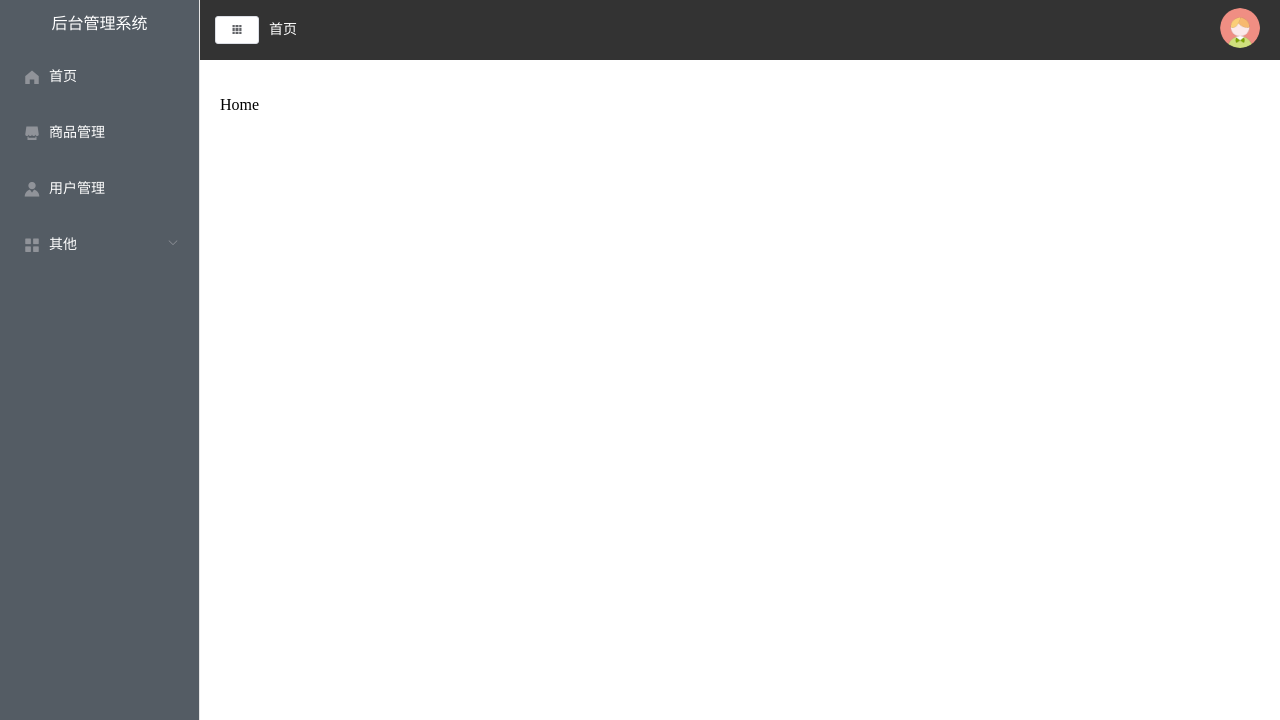
Repository: tkqi/manage
Page: /
An editor plug-in stored every save of this project. The page is shown before and after the next save, followed by the edit.
The browser window is 1280 px wide. The pictures show the whole page.
The project was rebuilt for these pictures with package versions that can differ from the ones it lists, and the page was loaded fresh each time. Also part of the build but not shown: vue.config.js.

Above is the page before, as saved 2023-12-01 17:03:05.

After the next save:
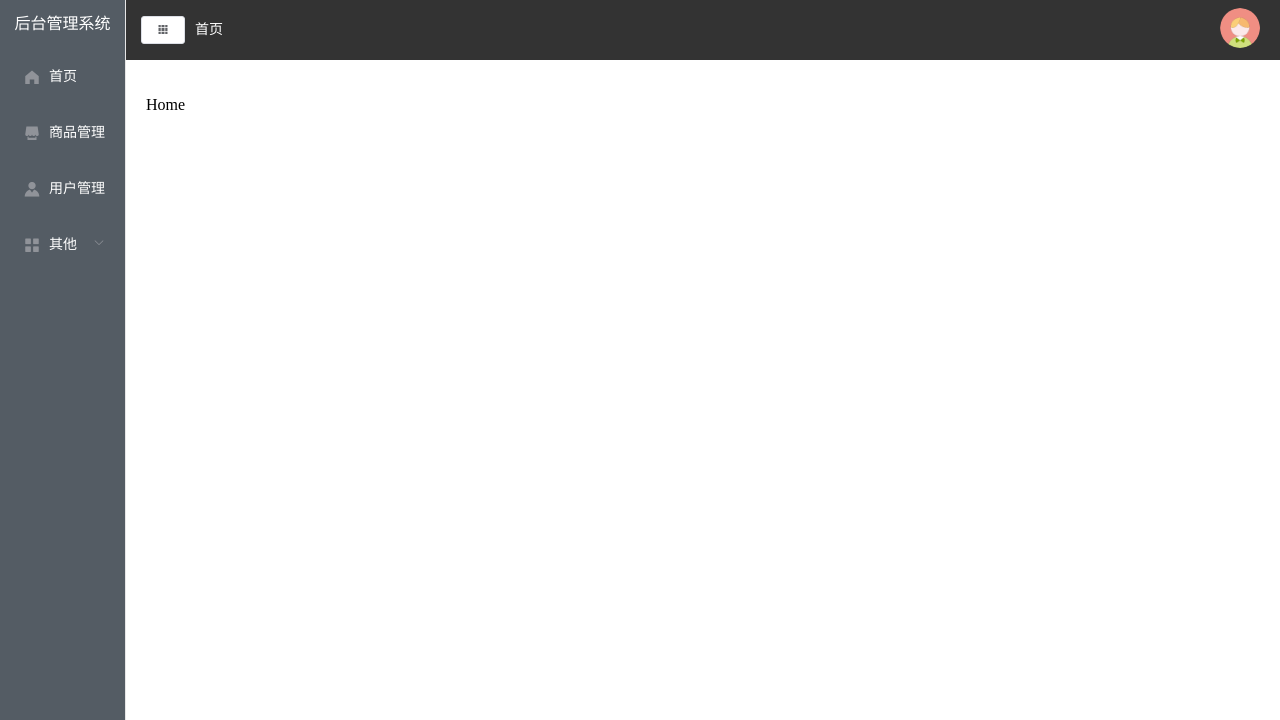
Saved 59 s later.
--- a/src/views/Main.vue
+++ b/src/views/Main.vue
@@ -2,7 +2,7 @@
 <template>
     <div>
         <el-container>
-            <el-aside width="200px">
+            <el-aside width="auto">
                 <sidebar />
             </el-aside>
             <el-container>
